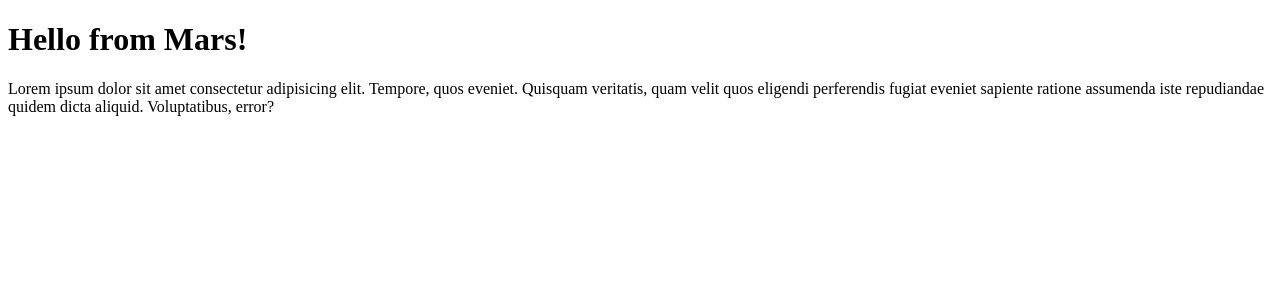
Repository: imokha01/DOM
Page: index.html
An editor plug-in stored every save of this project. The page is shown before and after the next save, followed by the edit.
The browser window is 1280 px wide. The pictures show the whole page.

Above is the page before, as saved 2023-12-18 10:56:43.

### index.html
<!DOCTYPE html>
<html lang="en">
  <head>
    <meta charset="UTF-8" />
    <meta name="viewport" content="width=device-width, initial-scale=1.0" />
    <title>Document</title>
    <link rel="stylesheet" href="./index.css" />
  </head>
  <body>
    <h1>Hello from Mars!</h1>
    <span class="text-desc" id="main-paragraph">
      Lorem ipsum dolor sit amet consectetur adipisicing elit. Tempore, quos
      eveniet.
    </span>
    <span class="text-desc">
      Quisquam veritatis, quam velit quos eligendi perferendis fugiat eveniet
    </span>
    <span id="without-style">
      sapiente ratione assumenda iste repudiandae quidem dicta aliquid.
      Voluptatibus, error?
    </span>
    <script src="./index.js"></script>
  </body>
</html>

### index.js
const first = document.getElementsByClassName("text-desc")

Loaded but not shown: index.css (no copy from this time; the picture is the same without it)

After the next save:
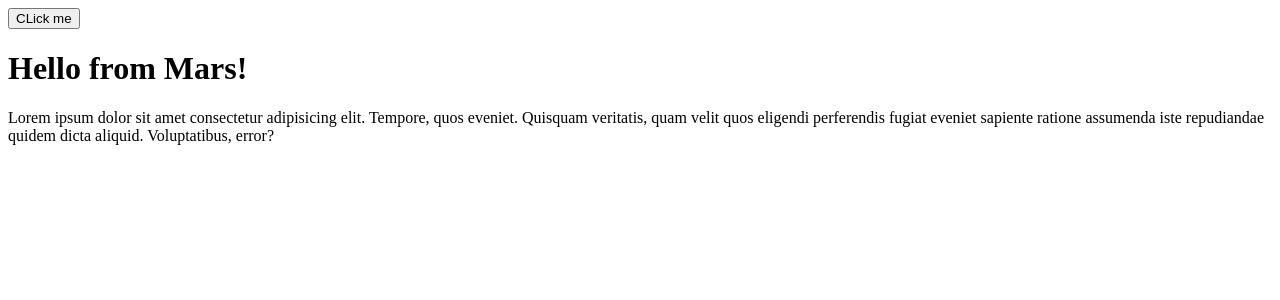
Saved 5 min 5 s later.
--- a/index.html
+++ b/index.html
@@ -7,6 +7,7 @@
     <link rel="stylesheet" href="./index.css" />
   </head>
   <body>
+    <button>CLick me</button>
     <h1>Hello from Mars!</h1>
     <span class="text-desc" id="main-paragraph">
       Lorem ipsum dolor sit amet consectetur adipisicing elit. Tempore, quos
